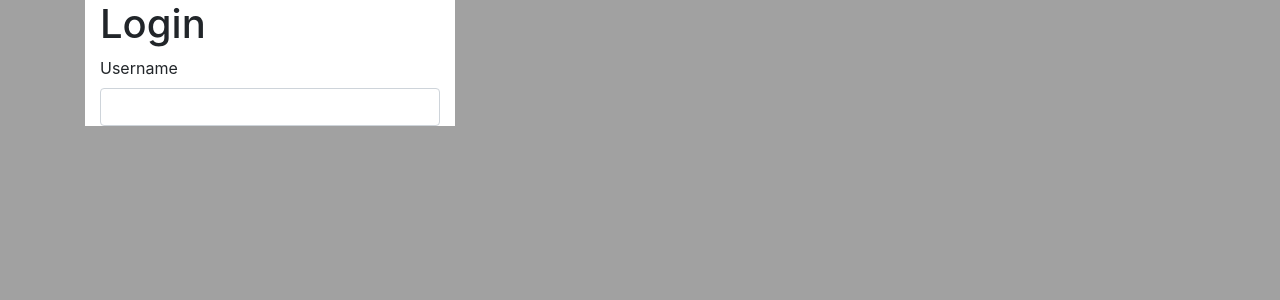
Repository: neoighodaro-articles/migrating-to-laravel
Page: http://localhost/
The author's editor kept a copy of each file at every save. The page is drawn from the files as they stood at one save, then again after the next save.
The browser window is 1280 px wide. The pictures show the whole page.
The page is run by PHP 8.4 with error messages shown; the project is at /var/www/html/.

Above is the page before, as saved 2018-06-12 18:35:36.

After the next save:
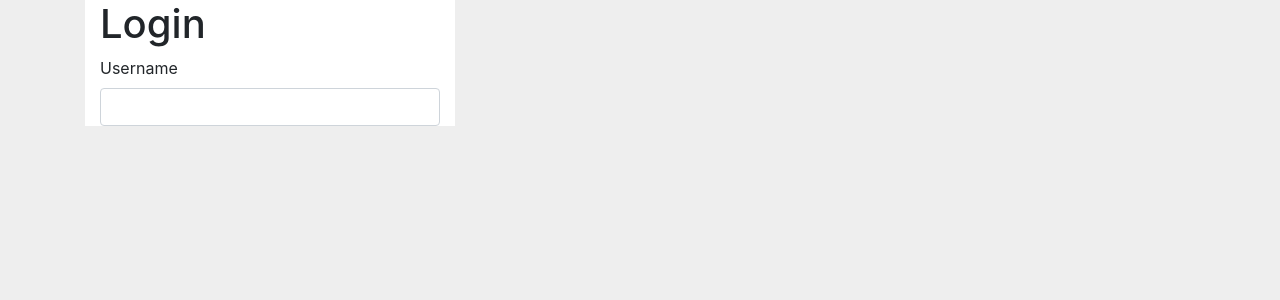
Saved 13 s later.
--- a/vanilla/index.php
+++ b/vanilla/index.php
@@ -8,7 +8,7 @@
   <link rel="stylesheet" href="https://stackpath.bootstrapcdn.com/bootstrap/4.1.1/css/bootstrap.min.css" integrity="sha384-WskhaSGFgHYWDcbwN70/dfYBj47jz9qbsMId/iRN3ewGhXQFZCSftd1LZCfmhktB" crossorigin="anonymous">
   <style>
     body {
-      background: #A1A1A1;
+      background: #EEE;
     }
   </style>
 </head>
